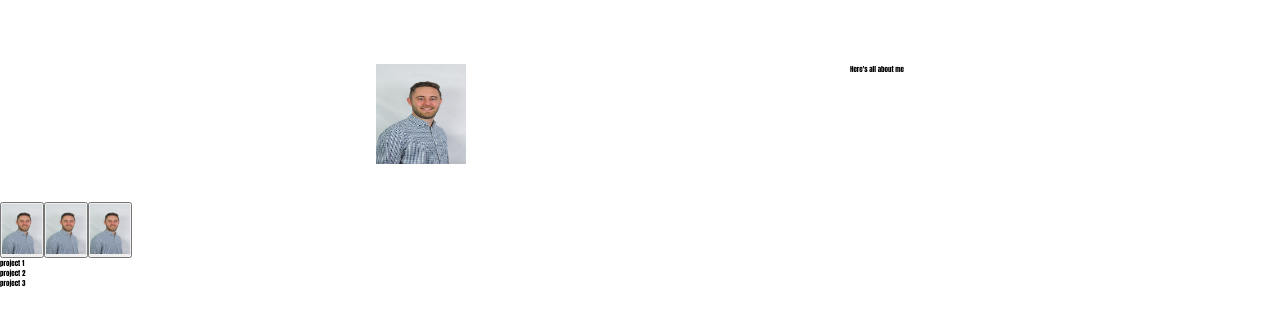
Repository: Kobramall/portfolio-project
Page: /portfolio
An editor plug-in stored every save of this project. The page is shown before and after the next save, followed by the edit.
The browser window is 1280 px wide. The pictures show the whole page.
The project was rebuilt for these pictures with package versions that can differ from the ones it lists, and the page was loaded fresh each time. Also part of the build but not shown: src/App.css, src/componets/Main.jsx. Imported but missing from the stored project, and not drawn on this page: src/assets/Landscape.mov.

Above is the page before, as saved 2022-11-01 15:23:02.

After the next save:
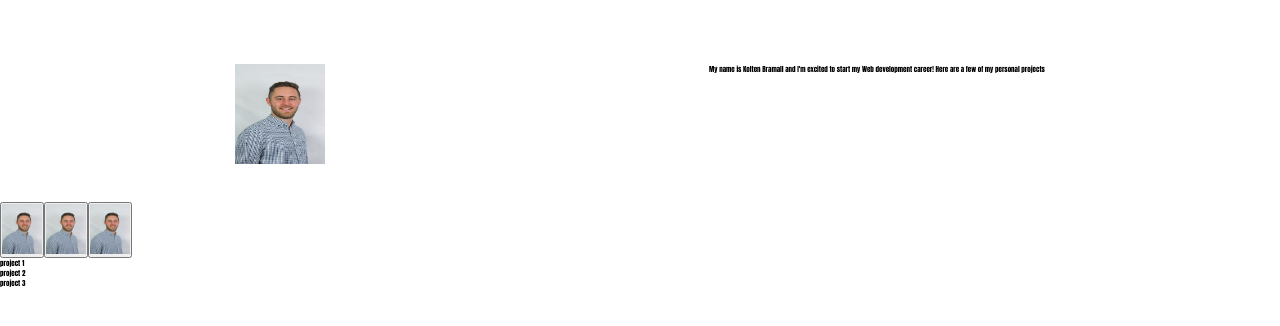
Saved 2 min 4 s later.
--- a/src/componets/Portfolio.jsx
+++ b/src/componets/Portfolio.jsx
@@ -8,7 +8,9 @@ const Portfolio = () =>{
         <div className='portfolio'>
             <div className='intro'>
                <img src={Img} alt="Profile Picture" width="90" height="100"/>
-               <p>Here's all about me</p>
+               <p>My name is Kolten Bramall and I'm excited to start my Web development career!
+                Here are a few of my personal projects
+               </p>
             </div>
             <div className='projectLinks'>
                     <a href="https://github.com/Kobramall" ><button><img src={Img} alt="filler pics" width="40" height="50"/></button></a>
